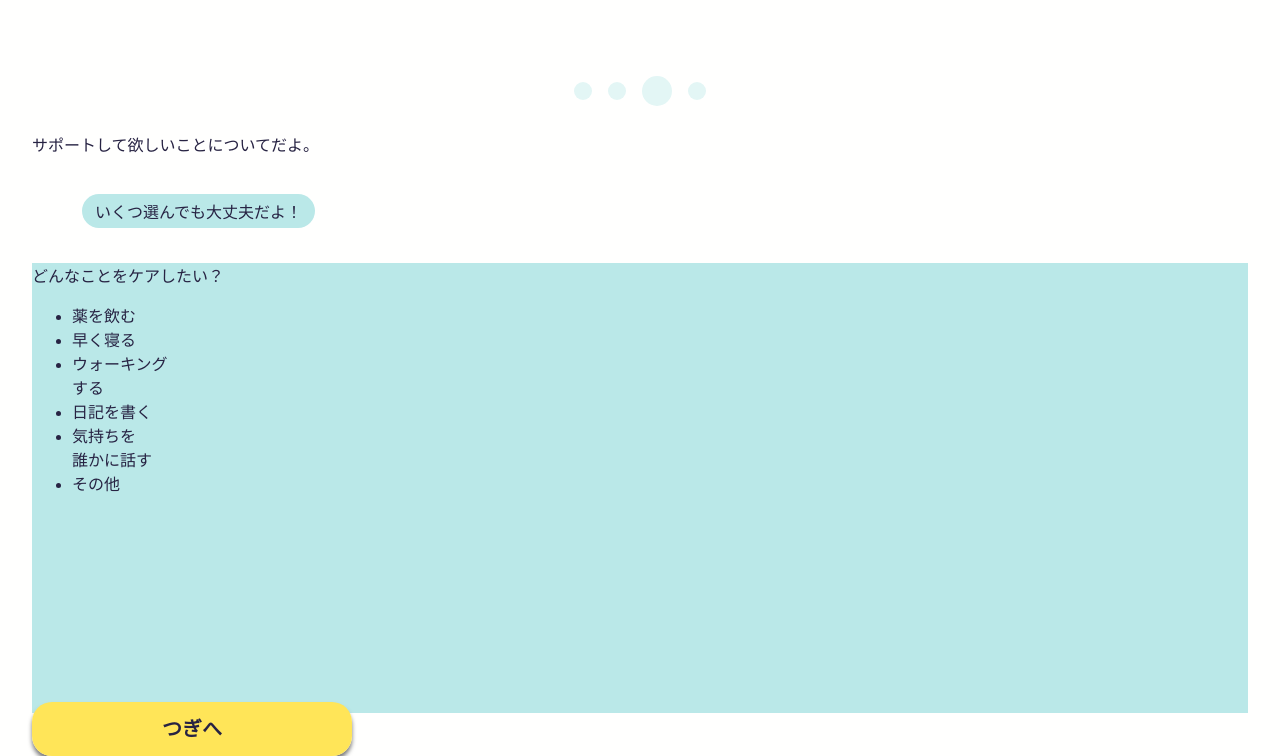
Repository: misaki0919/Self-care
Page: support.html
These files come from the project's save history. The page is drawn as it stood at one moment and after the next save; the edit follows.
The browser window is 1280 px wide. The pictures show the whole page.
Some web fonts or font styles are not loaded; a fallback is used.

Above is the page before, as saved 2026-07-16 15:09:11.

### support.html
<!DOCTYPE html>
<html lang="jp">
<head>
    <meta charset="UTF-8">
    <meta name="viewport" content="width=device-width, initial-scale=1.0">
    <title>サポートページ</title>
    <link href="css/support.css" rel="stylesheet">
    <link rel="preconnect" href="https://fonts.googleapis.com">
    <link rel="preconnect" href="https://fonts.gstatic.com" crossorigin>
    <link href="https://fonts.googleapis.com/css2?family=Archivo+Black&family=Noto+Serif+JP:wght@200..900&family=Zen+Maru+Gothic&display=swap" rel="stylesheet">
</head>
<body>
    <div class="circle_wrap">
        <div class="circle"></div>
        <div class="circle"></div>
        <div class="diffrent_circle"></div>
        <div class="circle"></div>
    </div>
    <p class="support">サポートして欲しいことについてだよ。</p>
    <p class="choose">いくつ選んでも大丈夫だよ！</p>
    <div class="wrap">
        <p class="care">どんなことをケアしたい？</p>
        <ul>
            <li>薬を飲む</li>
            <li>早く寝る</li>
            <li>ウォーキング<br>する</li>
            <li>日記を書く</li>
            <li>気持ちを<br>誰かに話す</li>
            <li>その他</li>
        </ul>
    </div>
    <a href="" class="next zen-maru-gothic-regular">つぎへ</a>

</body>
</html>

### css/support.css
body{
    background-color: #FFFFFE;
    color: #272343;
    padding-left: 24px;
    padding-right: 24px;
}
.zen-maru-gothic-regular {
    font-family: "Zen Maru Gothic", sans-serif;
    font-weight: 600;
    font-style: normal;
}
.circle_wrap{
    display: flex;
    justify-content: center;
    margin-top: 76px;
    gap: 16px;
    align-items: center;
    .diffrent_circle{
        width: 30px;
        height: 30px;
        background-color: #E3F6F5;
        border-radius: 50%;

    }
    .circle{
        width: 18px;
        height: 18px;
        background-color: #E3F6F5;
        border-radius: 50%;
        text-align: center;

    }
}
.support{
    font-size: 16px;
    margin: 26px 38px 0 0;
}
.choose{
    font-size: 16px;
    background-color: #BAE8E8;
    border-radius: 20px;
    width: 233px;
    height: 34px;
    display: flex;
    justify-content: center;
    align-items: center;
    margin-left: 50px;
    margin-bottom: 35px;
    margin-top: 38px;
}
.wrap{
    background-color: #BAE8E8;
    height: 450px;
}




.next{
    font-size: 20px;
    background-color: #FFE558;
    border-radius: 20px;
    padding: 16px 130px;
    text-align: center;
    text-decoration: none;
    color: #272343;
    box-shadow: #7b7b7b 0px 4px 4px 0px;
}

After the next save:
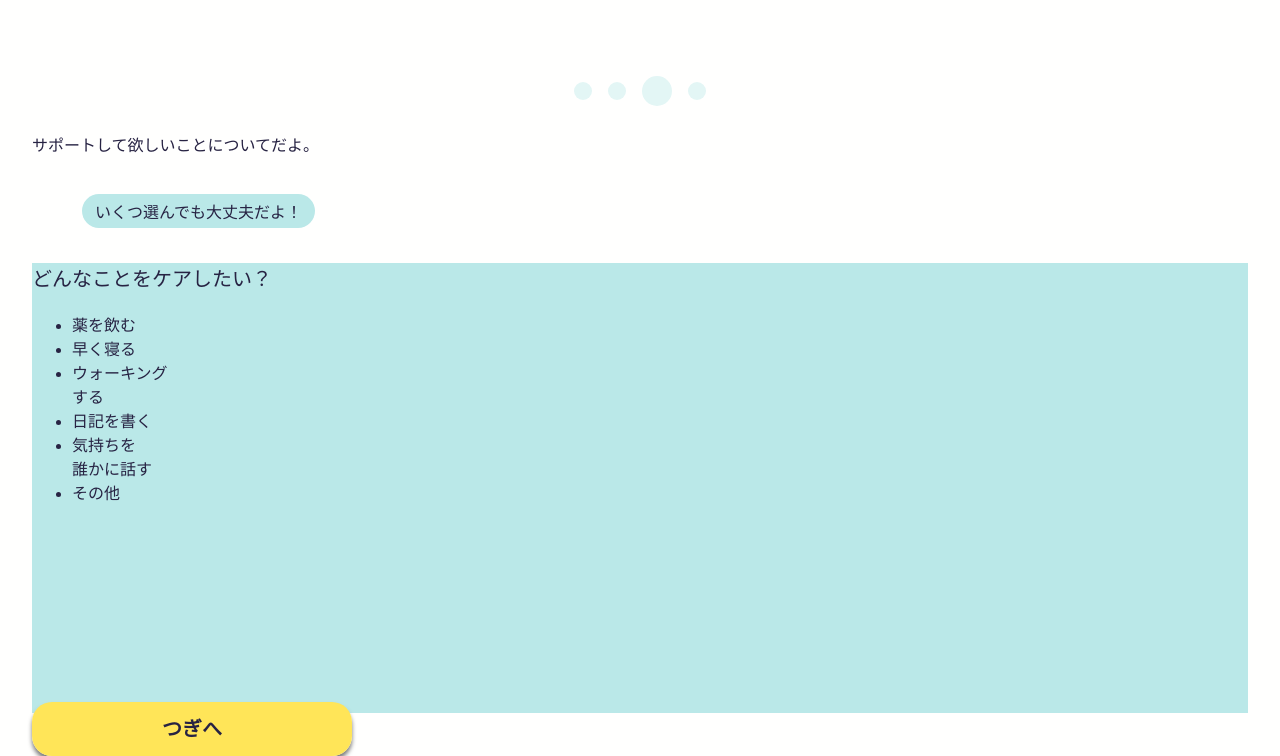
Saved 62 s later.
--- a/css/support.css
+++ b/css/support.css
@@ -51,6 +51,9 @@ body{
 .wrap{
     background-color: #BAE8E8;
     height: 450px;
+    .care{
+        font-size: 20px;
+    }
 }
 
 
